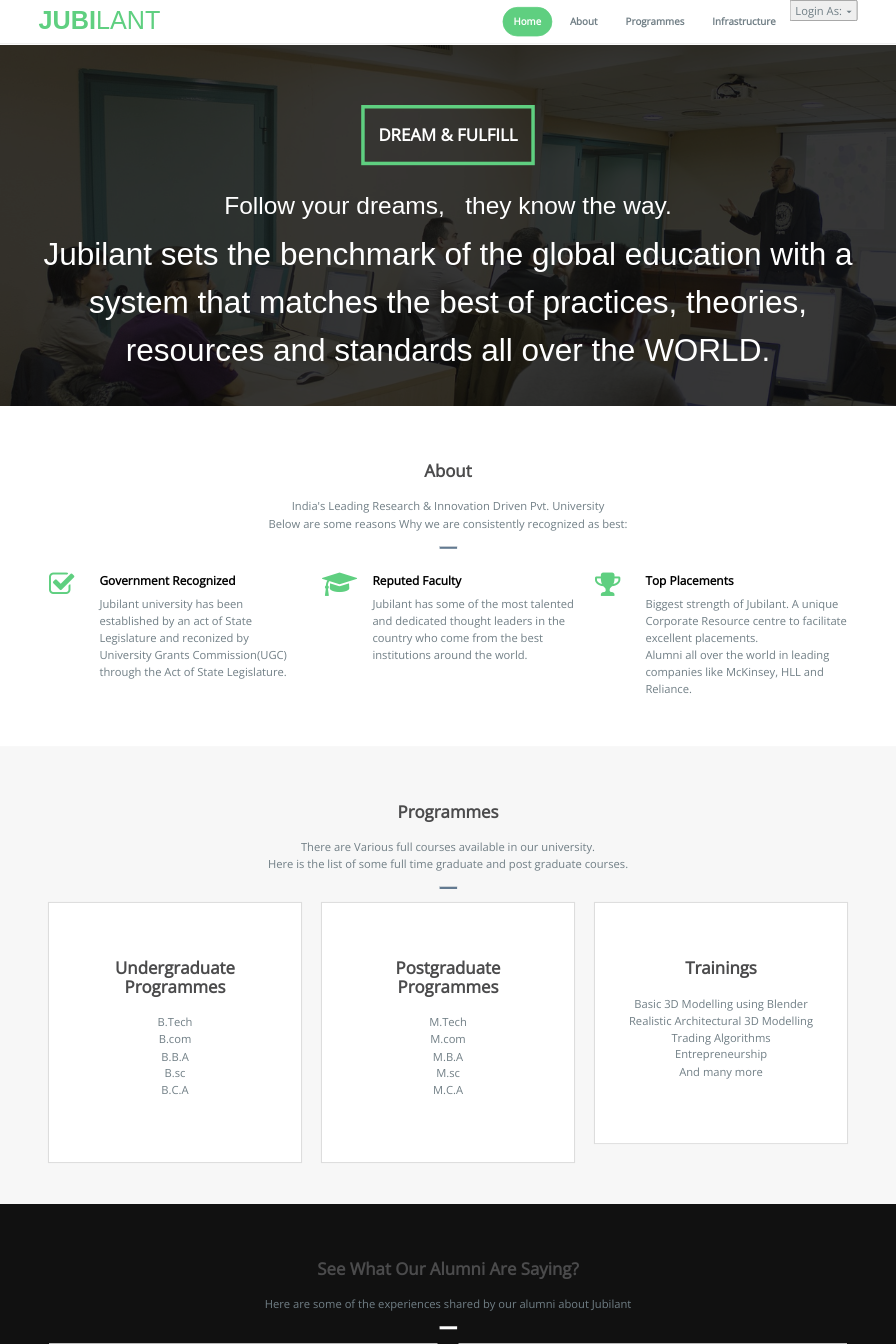
Repository: GauravC8/UMS
Page: http://localhost/login/WEB-INF/index.jsp
The author's editor kept a copy of each file at every save. The page is drawn from the files as they stood at one save, then again after the next save.
The browser window is 1280 px wide. The pictures show the part of the page from y = 0 to 1920 px (the page is 3363 px tall), at 70% of full size.
Some web fonts or font styles are not loaded; a fallback is used. The page is served by Tomcat 9. Nobody is signed in. Other server files are loaded and not shown. The template is opened directly, without the code that normally fills it, so the values that code supplies are empty.

Above is the page before, as saved 2019-04-08 10:56:50.

### login/src/main/webapp/WEB-INF/index.jsp
<%@ page language="java" contentType="text/html; charset=ISO-8859-1"
	pageEncoding="ISO-8859-1"%>
<%@ taglib uri="http://www.springframework.org/tags/form" prefix="form"%>
<%@taglib prefix="c" uri="http://java.sun.com/jsp/jstl/core"%>

<!DOCTYPE html>
<html lang="en">

<head>
<meta charset="utf-8">
<meta name="viewport" content="width=device-width, initial-scale=1">
<title>UMS</title>

<link rel="stylesheet" type="text/css"
	href="https://fonts.googleapis.com/css?family=Open+Sans|Candal|Alegreya+Sans">
<link rel="stylesheet" type="text/css"
	href="resources/css/font-awesome.min.css">
<link rel="stylesheet" type="text/css"
	href="resources/css/bootstrap.min.css">
<link rel="stylesheet" type="text/css"
	href="resources/css/imagehover.min.css">
<link rel="stylesheet" type="text/css" href="resources/css/style.css">

</head>

<body>
	<!--Navigation bar-->
	<nav class="navbar navbar-default navbar-fixed-top">
		<div class="container">
			<div class="navbar-header">
				<button type="button" class="navbar-toggle" data-toggle="collapse"
					data-target="#myNavbar"></button>
				<a class="navbar-brand" href="index.html">Jubi<span>lant</span></a>
			</div>
			<div class="collapse navbar-collapse" id="myNavbar">
				<ul class="nav navbar-nav navbar-right">
					<li class="btn-trial"><a href="#Home">Home</a></li>
					<li><a href="#about">About</a></li>
					<li><a href="#programmes">Programmes</a></li>
					<li><a href="#infrasturcture">Infrastructure</a></li>
					<li>
						<div class="dropdown">
							<button
								type="button" id="menu1" data-toggle="dropdown">
								Login As: <span class="caret"></span>
							</button>
							<ul class="dropdown-menu" role="menu" aria-labelledby="menu1">
								<li role="presentation"><a role="menuitem" tabindex="-1"
									href="user/loginForm">Student</a></li>
								<li role="presentation"><a role="menuitem" tabindex="-1"
									href="user/loginForm">Faculty</a></li>
								<li role="presentation"><a role="menuitem" tabindex="-1"
									href="user/loginForm">Admin</a></li>
							</ul>
						</div>
					</li>

				</ul>
			</div>
		</div>
	</nav>
	<!--/ Navigation bar-->


	<!--Modal box-->
	<div class="modal fade" id="login" role="dialog">
		<div class="modal-dialog modal-sm">

			<!-- Modal content no 1-->
			<div class="modal-content">
				<div class="modal-header">
					<button type="button" class="close" data-dismiss="modal">&times;</button>
					<h4 class="modal-title text-center form-title">Login</h4>
				</div>
				<div class="modal-body">

					<div class="login-box-body">
						<%-- <form:form action="user/loginUser" class="form-horizontal"
							method="post" modelAttribute="user">
							<div class="form-group">
								<label for="emailId" class="col-md-3 control-label">Email</label>
								<div class="col-md-9">
									<form:input name="emailId" path="emailId"
										cssClass="form-control" />
								</div>
							</div>

							<div class="form-group">
								<label for="password" class="col-md-3 control-label">Password</label>
								<div class="col-md-9">
									<form:password name="password" path="password"
										cssClass="form-control" />
								</div>
							</div>
							<div class="form-group">
								<!-- Button -->
								<div class="col-md-offset-3 col-md-9">
									<form:button cssClass="btn btn-primary">Login</form:button>
								</div>
							</div>
							<div style="color: red">${error}</div>

						</form:form> --%>
					</div>
				</div>
			</div>
		</div>

	</div>
	<!--/ Modal box-->


	<!--Banner-->
	<div class="banner"
		style="background: url('resources/images/bg-banner.jpg') no-repeat center top">
		<div class="bg-color">
			<div class="container">
				<div class="row">
					<div class="banner-text text-center">
						<div class="text-border">
							<h2 class="text-dec">Dream & Fulfill</h2>
						</div>
						<div class="intro-para text-center quote">
							<p class="big-text">Follow your dreams, &nbsp they know the
								way.<p><p class="small-t
							ext">Jubilant sets the benchmark of the
								global education with a system that matches the best of
								practices, theories, resources and standards all over the WORLD.</p>
						</div>

					</div>
				</div>
			</div>
		</div>
	</div>
	<!--/ Banner-->
	<!--About-->
	<section id="about" class="section-padding">
		<div class="container">
			<div class="row">
				<div class="header-section text-center">
					<h2>About</h2>
					<p>
						India's Leading Research & Innovation Driven Pvt. University<br>
						Below are some reasons Why we are consistently recognized as best:
					</p>
					<hr class="bottom-line">
				</div>

				<div class="about">
					<div class="col-md-4">
						<div class="heading pull-right">
							<h4>Government Recognized</h4>
							<p>Jubilant university has been established by an act of
								State Legislature and reconized by University Grants
								Commission(UGC) through the Act of State Legislature.</p>
						</div>
						<div class="about-img pull-left">
							<i class="fa fa-check-square-o"></i>
						</div>
					</div>
				</div>
				<div class="about">
					<div class="col-md-4">
						<div class="heading pull-right">
							<h4>Reputed Faculty</h4>
							<p>Jubilant has some of the most talented and dedicated
								thought leaders in the country who come from the best
								institutions around the world.</p>
						</div>
						<div class="about-img pull-left">
							<i class="fa fa-graduation-cap"></i>
						</div>
					</div>
				</div>
				<div class="about">
					<div class="col-md-4">
						<div class="heading pull-right">
							<h4>Top Placements</h4>
							<p>
								Biggest strength of Jubilant. A unique Corporate Resource centre
								to facilitate excellent placements.<br> Alumni all over the
								world in leading companies like McKinsey, HLL and Reliance.
							</p>
						</div>
						<div class="about-img pull-left">
							<i class="fa fa-trophy"></i>
						</div>
					</div>
				</div>

			</div>
		</div>
	</section>
	<!--/ About-->

	<!--Programs-->
	<section id="programmes" class="section-padding">
		<div class="container">
			<div class="row">
				<div class="header-section text-center">
					<h2>Programmes</h2>
					<p>
						There are Various full courses available in our university.<br>
						Here is the list of some full time graduate and post graduate
						courses.
					</p>
					<hr class="bottom-line">
				</div>
				<div class="col-md-4 col-sm-6">
					<div class="service-box text-center">
						<h2>Undergraduate Programmes</h2>
						<p>
							B.Tech<br>B.com<br>B.B.A<br>B.sc<br>B.C.A
						</p>
					</div>
				</div>
				<div class="col-md-4 col-sm-6">
					<div class="service-box text-center">
						<h2>Postgraduate Programmes</h2>
						<p>
							M.Tech<br>M.com<br>M.B.A<br>M.sc<br>M.C.A
						</p>
					</div>
				</div>
				<div class="col-md-4 col-sm-6">
					<div class="service-box text-center">
						<h2>Trainings</h2>
						<p>
							Basic 3D Modelling using Blender<br>Realistic Architectural
							3D Modelling<br>Trading Algorithms<br>Entrepreneurship<br>And
							many more
						</p>
					</div>
				</div>
			</div>
		</div>
	</section>
	<!--/ programmes-->

	<!--Testimonial-->
	<section id="testimonial" class="section-padding">
		<div class="container">
			<div class="row">
				<div class="header-section text-center">
					<h2 class="white">See What Our Alumni Are Saying?</h2>
					<p class="white">Here are some of the experiences shared by our
						alumni about Jubilant</p>
					<hr class="bottom-line bg-white">
				</div>
				<div class="col-md-6 col-sm-6">
					<div class="text-comment">
						<p class="text-par">"Life in Jubilant has been a breathtaking
							experience.All the faculty members,mentors and everyone in
							Jubilant family have been a great help and a strong support. This
							place has immensely added to my persona and I will always cherish
							the memories I shared with this place."</p>

						<p class="text-name">
							Himani Gupta- MBA in Competitive Intelligence<br>
							Batch:2012-14
						</p>
					</div>
				</div>
				<div class="col-md-6 col-sm-6">
					<div class="text-comment">
						<p class="text-par">"Jubilant has been a completely enriching
							experience. I have acquired lot of confidence through various
							plaforms provided by College such as Sangathan, Youth Fest etc
							which gave us opportunity to present our innate creativity and
							talent. The faculty is very supportive and ready to help
							anytime."</p>
						<p class="text-name">
							Anita Kumari - B.sc(Fashion Design)<br>Batch:2011-14
						</p>
					</div>
				</div>
			</div>
		</div>
	</section>
	<!--/ Testimonial-->
	<!--Infrastructure-->
	<section id="infrasturcture" class="section-padding">
		<div class="container">
			<div class="row">
				<div class="header-section text-center">
					<h2>Infrastructure</h2>
					<p></p>
					<hr class="bottom-line">
				</div>
			</div>
		</div>
		<div class="container">
			<div class="row">
				<div class="col-md-4 col-sm-6 padleft-right">
					<figure class="imghvr-fold-up">
						<img src="resources/images/library.jfif" class="img-responsive">
						<figcaption>
							<h3>Library</h3>
							<p>Synonymous with the abode of knowledge, the six libraries
								at Jubilant are stocked with the lakhs of books and thousands of
								journals to propel the wisdom growth of the students. These
								libraries are frequently updated with new books and other useful
								study material for students.</p>
						</figcaption>
						<a href="#"></a>
					</figure>
				</div>
				<div class="col-md-4 col-sm-6 padleft-right">
					<figure class="imghvr-fold-up">
						<img src="resources/images/classroom.jfif" class="img-responsive">
						<figcaption>
							<h3>Syndicate Rooms</h3>
							<p>
								300 students can brainstorm at the same time in 50 Syndicate
								Rooms.<br>The Syndicate Rooms provide the perfect setting
								to acquire team skills through exercises like brain-storming
								sessions, group discussions, role-plays etc.
							</p>
						</figcaption>
						<a href="#"></a>
					</figure>
				</div>
				<div class="col-md-4 col-sm-6 padleft-right">
					<figure class="imghvr-fold-up">
						<img src="resources/images/auditorium.jfif" class="img-responsive">
						<figcaption>
							<h3>Auditorium</h3>
							<p>State-of-the-art auditoriums with a combined seating
								capacity of over 3,500 act as a common ground for students,
								faculty and corporate personalities for regular interfaces,
								conferences and other events.</p>
						</figcaption>
						<a href="#"></a>
					</figure>
				</div>
				<div class="col-md-4 col-sm-6 padleft-right">
					<figure class="imghvr-fold-up">
						<img src="resources/images/play.jfif" class="img-responsive">
						<figcaption>
							<h3>Playground</h3>
							<p>At Jubilant,sports form one of the important aspects of a
								student's development.From increasing concentration levels and
								working as a team to inculcating a winning spirit;sports help
								students build a strong character.</p>
						</figcaption>
						<a href="#"></a>
					</figure>
				</div>
				<div class="col-md-4 col-sm-6 padleft-right">
					<figure class="imghvr-fold-up">
						<img src="resources/images/hostel.jfif" class="img-responsive">
						<figcaption>
							<h3>Hostel Accomodation</h3>
							<p>Jubilant offers comprehensive hostel facilities for boys
								and girls separately within the University Campus.Caring wardens
								and a vigilant security ensures a pleasant stay allowing
								students to focus on academics.</p>

					</figure>
				</div>
				<div class="col-md-4 col-sm-6 padleft-right">
					<figure class="imghvr-fold-up">
						<img src="resources/images/labs.jfif" class="img-responsive">
						<figcaption>
							<h3>Laboratory</h3>
							<p>The specialised biotechnology laboratories are equipped to
								conduct advanced practical and research work.Jubilant has over
								300 labs where students experiment and bring to practice what
								they have learnt in theory.</p>
						</figcaption>
						<a href="#"></a>
					</figure>
				</div>
			</div>
		</div>
	</section>
	<!--/ Courses-->




	<!--Footer-->
	<footer id="footer" class="footer">
		<div class="container text-center">

			<h3>For More Information</h3>


			<!-- End newsletter-form -->
			<ul class="social-links">
				<li><a href="#link"><i class="fa fa-twitter fa-fw"></i></a></li>
				<li><a href="#link"><i class="fa fa-facebook fa-fw"></i></a></li>
				<li><a href="#link"><i class="fa fa-google-plus fa-fw"></i></a></li>
				<li><a href="#link"><i class="fa fa-dribbble fa-fw"></i></a></li>
				<li><a href="#link"><i class="fa fa-linkedin fa-fw"></i></a></li>
			</ul>
			All rights reserved

		</div>
	</footer>
	<!--/ Footer-->

	<script src="resources/js/jquery.min.js"></script>
	<script src="resources/js/jquery.easing.min.js"></script>
	<script src="resources/js/bootstrap.min.js"></script>
	<script src="resources/js/custom.js"></script>
	<script src="resources/contactform/contactform.js"></script>

</body>

</html>

### login/src/main/webapp/WEB-INF/resources/css/style.css

body {
	font-size: 15px;
    line-height: 1.52;
    color: #717f86;
    font-size: 16px;
	font-family: 'Open Sans', sans-serif;
    font-weight: 400;
}
ol, ul {
	list-style: none;
}
blockquote, q {
	quotes: none;
}
blockquote:before, blockquote:after,
q:before, q:after {
	content: '';
	content: none;
}
table {
	border-collapse: collapse;
	border-spacing: 0;
}
.section-padding{
	padding: 60px 0px;
}
h1, h2, h3, h4, h5, h6{
    font-family: Open Sans, sans-serif;
    font-weight: 700;
    color: #4B4B4C;
}
a{
    color: #5fcf80;
}
a:hover, a:focus{
    color: #5fcf80;
}
/***********************************
Navigation bar
************************************/
.navbar-default .navbar-brand {
    color: #5FCF80;
}
.navbar-default {
    background-color: #ffffff;
}

.navbar-default .navbar-nav > li > a {
    color: #717f86;
    font-size: 14px;
    font-weight: 700;
}
.navbar-nav > li > a{
	padding: 0px;
	margin: 10px 5px;
	padding: 10px 15px;
}
.navbar-default .navbar-nav > li > a:focus, .navbar-default .navbar-nav > li > a:hover
{
	color: #5FCF80;
}
.btn {


background-color: #5FCF80;
	border-radius: 50px;
	color: #ffffff !important;
	border: 1px solid #5FCF80;
	margin-top: 15px;
}
.navbar-nav .active a{
    background: none !important;
    color: #5FCF80 !important;
    outline: none;
}

.btn-trial a{
	background-color: #5FCF80;
	border-radius: 25px;
	color: #ffffff !important;
	border: 1px solid #5FCF80;
}
.btn-trial a:hover, .btn-trial a:focus{
	border: 1px solid #5FCF80;
	background-color: #fff;
	color: #5FCF80 !important;
}
.navbar-default .navbar-brand {
    font-family: 'Dosis', sans-serif !important;
    font-weight: 700;
    text-transform: uppercase;
    padding: 0px;
    height: inherit;
    font-size: 36px;
    margin: 20px 0px;
}
.navbar-default .navbar-brand span{
	font-weight: 100 !important;
}
.navbar {
    margin-bottom: 0px;
}
.padding-zero{
	padding: 0px;
}
.mart20{
	margin-top: 20px;
}
/***********************************
Banner
************************************/
.banner{
	background: url('resources/images/bg-banner.jpg') no-repeat center top;
    background-size: cover;
	min-height: 580px;
    position: relative;
}
.bg-color{
	background-color: RGBA(12, 11, 11, 0.82);
	min-height: 580px;
}
.text-dec{
	font-size: 24px;
	padding: 10px 20px;
    margin: 15px 0;
	text-transform: uppercase;
    color: #fff;
}
.text-border{
	border: 5px solid #5FCF80;
	display: inline-block;
	margin-top: 150px;
}
.intro-para{
	font-family: 'Alegreya Sans', sans-serif;
	font-size: 45px;
	color: #fff;
	margin-top: 30px;
}

.modal-dialog {
    width: 600px;
    margin: 150px auto;
}
.modal-content h4 {
    font-size: 1.5em;
    font-weight: 700;
}
.login-box-body {
    padding: 15px 30px;
}
.login-box-msg, .register-box-msg {
    margin: 0px;
    text-align: center;
    padding: 0px 20px 20px;
}
.form-title{
color:#5FCF80;
}
.form-control{
border-color:#5FCF80;
}
.modal-sm {
    width: 400px;
}
.padleft-right{
    padding-left: 5px;
    padding-right: 0px;
}
.big-text{
    font-size: 35px;
}
.small-text{
    font-size: 16px;
}
btn{
    background-color: #5fcf80;
    color: #fff;
    -webkit-transition: all 0.3s ease-in-out;
  -moz-transition: all 0.3s ease-in-out;
  transition: all 0.3s ease-in-out;
  margin-top: 10px;
}
.btn:hover,.btn:focus{
    background-color: black;
    color: #5fcf80;
    border-color: #fff;
     -webkit-transition: all 0.3s ease-in-out;
  -moz-transition: all 0.3s ease-in-out;
  transition: all 0.3s ease-in-out;
}
/***********************************
About
************************************/
h2{
	font-size: 24px;
	padding-bottom: 15px;
}
.bottom-line{
	width: 25px;
	height: 3px;
	background-color: rgb(99, 122, 145);
}
.about{
	margin-top: 25px;
}
.about-img {
  width: 20%;
}
.heading {
    width: 80%;
}
.about i {
    font-size: 39px;
    color: #5FCF80;
    margin-top: 7px;
}
.heading h4 {
    font-size: 17px;
    line-height: 1.25;
    font-weight: 700;
    color: #000;
    margin: 10px 0px;
    text-align: left;
}
.heading p {
  text-align: left;
}

/***********************************
Programmes
************************************/
#programmes {
    background-color: rgb(247, 247, 247);
}
.service-box{
    background: #fff;
    padding: 60px 30px 80px;
    box-shadow: 0px 0px 1px 1px rgba(0,0,0,0.1);
}



/***********************************
Testimonial
************************************/
#testimonial{
    background-color: #111;
}
.bg-white{
    background-color: #fff !important;
}
.text-comment{
  background-color: rgb(255, 255, 255);
  padding: 20px;
}
.text-par{
  font-size: 20px;
  padding-bottom: 15px;
}
/***********************************
Infrastructure
************************************/
[class*=" imghvr-"] figcaption, [class^="imghvr-"] figcaption {
    background-color: #5FCF80;
}
[class*=" imghvr-"], [class^="imghvr-"] {
    background-color: #5FCF80;
    color: #fff;
}

/***********************************
Footer
************************************/
.footer {
    padding: 60px 0 20px;
    background: #111;
    color: #ccc;
}
.footer a {
    color: #fff;
}

.footer h3{
	font-weight: 300;
	letter-spacing: 0.05em;
	margin: 0 0 40px;
	font-size: 24px;
}
.footer .form-control {
    border-radius: 30px;
    border: none;
    background: rgba(255,255,255,.1);
    padding-left: 30px;
    color: #e5e6e7;
    margin-bottom: 0;
    height: 48px;
}
.footer .social-links li a {
    color: #fff;
    font-size: 32px;
    line-height: 50px;
    border-radius: 50%;
    text-align: center;
    -webkit-transition: all .3s ease-out;
    transition: all .3s ease-out;
}
.footer .social-links li {
    display: inline-block;
    margin: 0 25px 25px;
    -webkit-transition: all .3s ease-out;
    transition: all .3s ease-out;
}
.footer .mc-trial {
    margin: 20px 0;
}
.footer .social-links {
    list-style: none;
    padding: 0;
    margin: 30px 0 40px;
    padding: 40px 0 0;
    border-bottom: 1px solid rgba(255,255,255,0.2);
}

.footer .form-control:focus{
    box-shadow: none;
}
/***********************************
************************************
Responsive media queries
************************************
***********************************/
@media (min-width: 769px) and (max-width: 980px) {
    .ser-text {
    font-size: 20px;
    }
    .service-box{
        margin-bottom: 30px;
    }
}
@media (min-width: 451px) and (max-width: 768px) {
    .ser-text {
    font-size: 20px;
    }
    .service-box{
        margin-bottom: 30px;
    }


}
@media (min-width: 20px) and (max-width: 450px) {
    .text-dec {
    font-size: 20px;
    }
    .big-text {
    font-size: 30px;
    }
    .small-text {
    font-size: 14px;
    }
    .intro-para {
    font-size: 30px;
    }
    .header-section p{
        font-size: 14px;
    }
    .heading {
    margin-bottom: 20px;
    }

    h3.det-txt {
    font-size: 28px;
    }

    .service-box, .text-comment{
        margin-bottom: 30px;
    }

    .footer .social-links li {
    margin: 0 5px 25px;
    }

    .modal-sm {
    width: 300px;
    }
    .login-box-body {
    padding: 15px 20px;
    }
    .navbar-default .navbar-brand{
        margin-left: 10px;
    }
    .navbar-default .navbar-nav > li > a{
        text-align: center;
    }
}

### login/src/main/webapp/WEB-INF/resources/js/custom.js
(function($) {

  // Navigation scrolls
  $(".navbar-nav li a").on('click', function(event) {
    $('.navbar-nav li').removeClass('active');
    $(this).closest('li').addClass('active');
    var $anchor = $(this);
    var nav = $($anchor.attr('href'));
    if (nav.length) {
      $('html, body').stop().animate({
        scrollTop: $($anchor.attr('href')).offset().top
      }, 1500, 'easeInOutExpo');

      event.preventDefault();
    }
  });
  $(".navbar-collapse a").on('click', function() {
    $(".navbar-collapse.collapse").removeClass('in');
  });

  // Add smooth scrolling to all links in navbar
  $("a.mouse-hover, a.get-quote").on('click', function(event) {
    var hash = this.hash;
    if (hash) {
      event.preventDefault();
      $('html, body').animate({
        scrollTop: $(hash).offset().top
      }, 1500, 'easeInOutExpo');
    }
  });
})(jQuery);

Loaded but not shown: login/src/main/webapp/WEB-INF/resources/css/font-awesome.min.css (library); login/src/main/webapp/WEB-INF/resources/css/bootstrap.min.css (library); login/src/main/webapp/WEB-INF/resources/css/imagehover.min.css (library); login/src/main/webapp/WEB-INF/resources/js/jquery.min.js (library); login/src/main/webapp/WEB-INF/resources/js/jquery.easing.min.js (library); login/src/main/webapp/WEB-INF/resources/js/bootstrap.min.js (library)

After the next save:
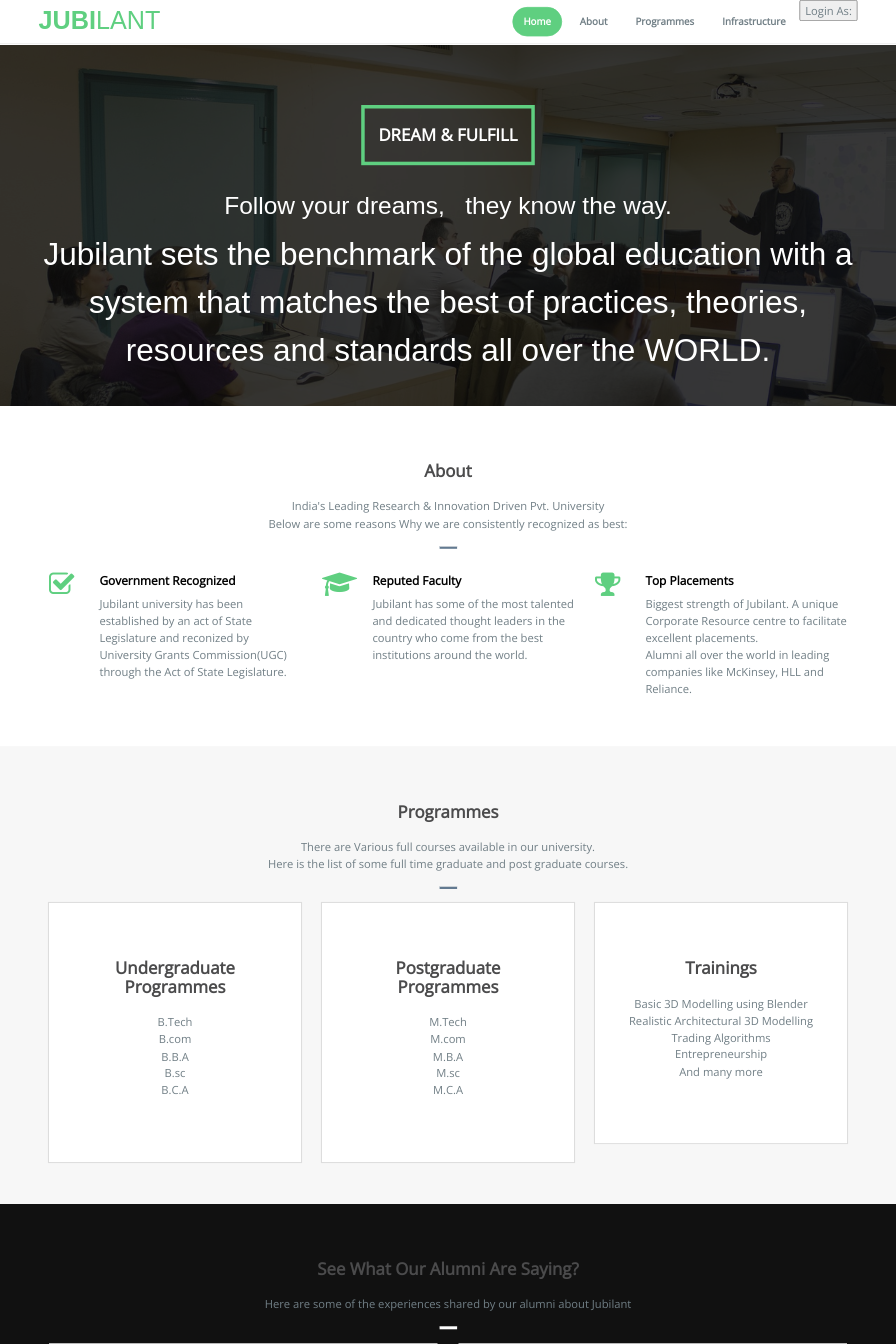
Saved 38 s later.
--- a/login/src/main/webapp/WEB-INF/index.jsp
+++ b/login/src/main/webapp/WEB-INF/index.jsp
@@ -42,7 +42,7 @@
 						<div class="dropdown">
 							<button
 								type="button" id="menu1" data-toggle="dropdown">
-								Login As: <span class="caret"></span>
+								Login As:
 							</button>
 							<ul class="dropdown-menu" role="menu" aria-labelledby="menu1">
 								<li role="presentation"><a role="menuitem" tabindex="-1"
